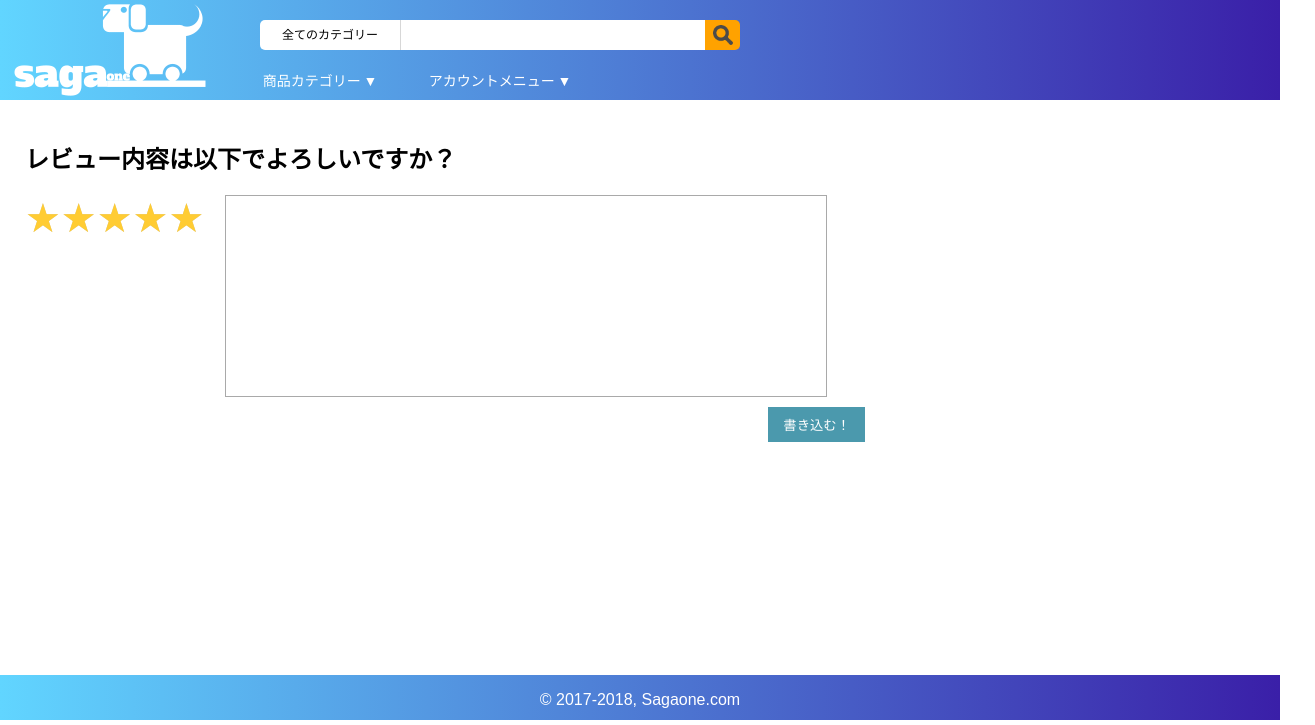
Repository: a4b3c2d1/backup
Page: http://localhost/sagaone-master/reviewConfirm.jsp
An editor plug-in stored every save of this project. The page is shown before and after the next save, followed by the edit.
The browser window is 1280 px wide. The page is 1315 px wide, so the pictures cover 1315 px, including what lies to the right of the window. The pictures show the whole page.
Some web libraries are served in a nearby version. The page is served by Tomcat 9.

Above is the page before, as saved 2018-01-25 09:16:40.

After the next save:
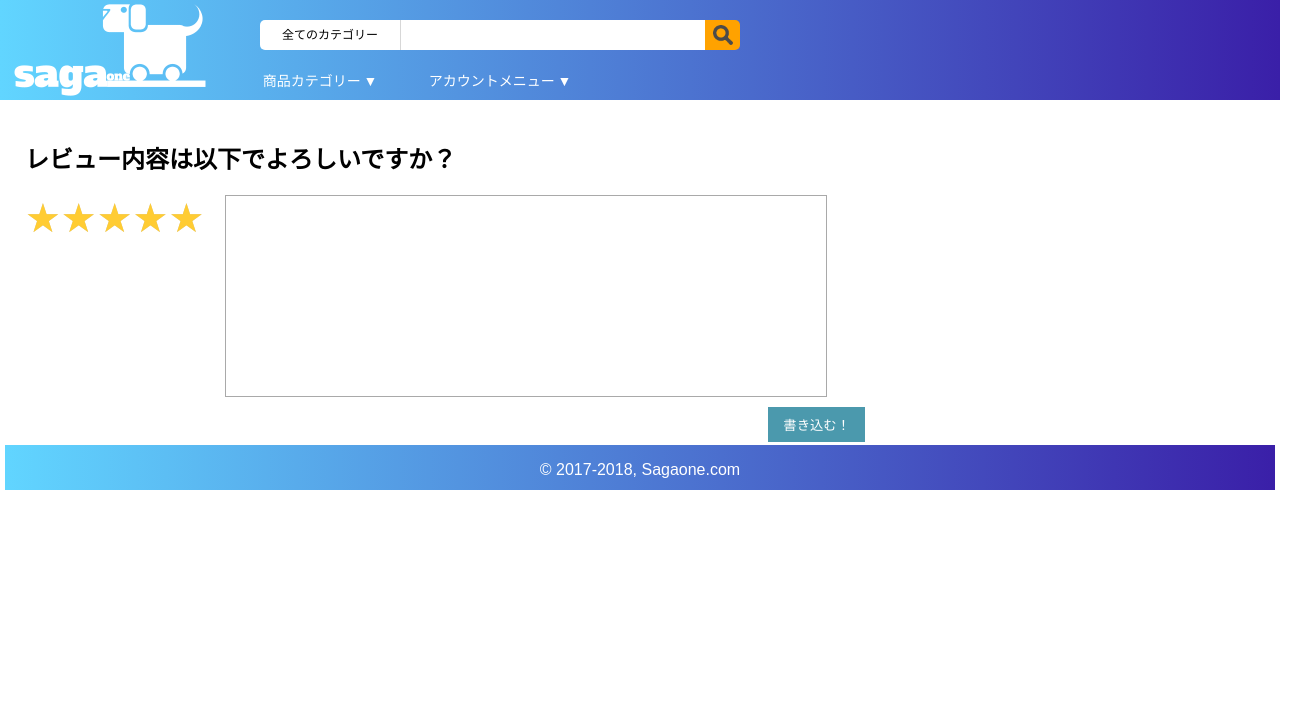
Saved 98 min 15 s later.
--- a/sagaone-master/WebContent/reviewConfirm.jsp
+++ b/sagaone-master/WebContent/reviewConfirm.jsp
@@ -27,7 +27,8 @@
 	<!-- *******************ここから前頁共通******************* -->
 	<header class="clearfix">
 		<div id="main-logo">
-			<a href=' <s:url action= "GoHomeAction" /> '><img src="./css/sagaone_logo.png" height="100px"></a>
+			<a href=' <s:url action= "GoHomeAction" /> '><img
+				src="./css/sagaone_logo.png" height="100px"></a>
 		</div>
 		<div class="clearfix">
 			<div id="search-form">
@@ -39,94 +40,79 @@
 							<option value="1">本</option>
 							<option value="2">家電・パソコン</option>
 							<option value="3">おもちゃ・ゲーム</option>
-						</select>
-						<input type="text" name="searchWord" id="jquery-ui-autocomplete-input" />
+						</select> <input type="text" name="searchWord"
+							id="jquery-ui-autocomplete-input" />
 					</div>
 					<div class="search-btn">
-					<input type="image" src="./css/searchIcon.png" width="20" height="20" class="icon"/>
+						<input type="image" src="./css/searchIcon.png" width="20"
+							height="20" class="icon" />
 					</div>
 				</s:form>
 			</div>
 			<div id="header-container" class="">
 				<ul id="normal" class="dropmenu clearfix">
-					<li id="itemmenu"><span class="drop-topic">商品カテゴリー&thinsp;<span class="sankaku">▼</span></span>
+					<li id="itemmenu"><span class="drop-topic">商品カテゴリー&thinsp;<span
+							class="sankaku">▼</span></span>
 						<ul class="item-drop">
-							<li>
-								<s:form action="SearchItemAction">
+							<li><s:form action="SearchItemAction">
 									<input type="hidden" name="itemCategory" value="0" />
 									<input type="hidden" name="searchWord" value="" />
 									<s:submit value="全てのカテゴリー" cssClass="c-btn" />
-								</s:form>
-							</li>
-							<li>
-								<s:form action="SearchItemAction">
+								</s:form></li>
+							<li><s:form action="SearchItemAction">
 									<input type="hidden" name="itemCategory" value="1" />
 									<input type="hidden" name="searchWord" value="" />
 									<s:submit value="本" cssClass="c-btn" />
-								</s:form>
-							</li>
-							<li>
-								<s:form action="SearchItemAction">
+								</s:form></li>
+							<li><s:form action="SearchItemAction">
 									<input type="hidden" name="itemCategory" value="2" />
 									<input type="hidden" name="searchWord" value="" />
 									<s:submit value="家電・パソコン" cssClass="c-btn" />
-								</s:form>
-							</li>
-							<li>
-								<s:form action="SearchItemAction">
+								</s:form></li>
+							<li><s:form action="SearchItemAction">
 									<input type="hidden" name="itemCategory" value="3" />
 									<input type="hidden" name="searchWord" value="" />
 									<s:submit value="おもちゃ・ゲーム" cssClass="c-btn" />
-								</s:form>
-							</li>
-						</ul>
-					</li>
-					<li id="acountmenu"><span class="drop-topic">アカウントメニュー&thinsp;<span class="sankaku">▼</span></span>
+								</s:form></li>
+						</ul></li>
+					<li id="acountmenu"><span class="drop-topic">アカウントメニュー&thinsp;<span
+							class="sankaku">▼</span></span>
 						<ul class="acount-drop">
 							<s:if test="session.loginUser != null">
 								<li><s:form action="MyPageAction">
 										<s:submit value="マイページ" cssClass="b-btn" />
-									</s:form>
-								</li>
+									</s:form></li>
 							</s:if>
 							<s:if test="session.loginUser == null">
 								<li><s:form action="LoginPageAction">
 										<s:submit value="ログイン画面へ" cssClass="b-btn" />
-									</s:form>
-								</li>
+									</s:form></li>
 							</s:if>
 
 							<s:if test="session.loginUser != null">
 								<li><s:form action="LogoutAction">
 										<s:submit value="ログアウト" cssClass="b-btn" />
-									</s:form>
-								</li>
+									</s:form></li>
 							</s:if>
 
 							<li><s:form action="UserCreateAction">
 									<s:submit value="ユーザー登録" cssClass="b-btn" />
-								</s:form>
-							</li>
+								</s:form></li>
 
 							<li><s:form action="CartAction">
 									<s:hidden name="cartFlg" value="1"></s:hidden>
 									<s:submit value="カート確認" cssClass="b-btn" />
-								</s:form>
-							</li>
+								</s:form></li>
 
 							<s:if test="session.loginUser != null">
 								<li><s:form action="PaymentAction">
 										<s:submit value="決済" cssClass="b-btn" />
-									</s:form>
-								</li>
+									</s:form></li>
 							</s:if>
-						</ul>
-					</li>
-					<li id="welcome">
-						<s:if test="session.loginUser != null" >
+						</ul></li>
+					<li id="welcome"><s:if test="session.loginUser != null">
 							<s:property value="#session.loginUserId" />&nbsp;さんでログイン中
-						</s:if>
-					</li>
+						</s:if></li>
 				</ul>
 			</div>
 		</div>
@@ -152,7 +138,8 @@
 				<s:form action="ReviewConpleteAction" onClick="alert('完了しました');">
 
 
-					<span class="botton1"> <input type="submit" class="form-style" value="書き込む！"></span>
+					<span class="botton1"> <input type="submit"
+						class="form-style" value="書き込む！"></span>
 				</s:form>
 
 
@@ -168,19 +155,21 @@
 						<input type="hidden" name="backflg" value="1"></input>
 						<input type="hidden" name="reviewFlg" value="1"></input>
 
-						<span class="botton1"> <input type="submit" class="form-style" value="戻る"></span>
+						<span class="botton1"> <input type="submit"
+							class="form-style" value="戻る"></span>
 					</s:form>
 				</s:iterator>
 			</div>
 		</div>
+
+		<!-- *******************ここから前頁共通******************* -->
+		<footer>© 2017-2018, Sagaone.com</footer>
+
+		<form name="form_test">
+			<input type="hidden" name="input_test"
+				value="<s:iterator value="#session.allWordsList" ><s:property /></s:iterator>">
+		</form>
+		<!-- ===================ここまで前頁共通=================== -->
 	</div>
-	<!-- *******************ここから前頁共通******************* -->
-	<footer>© 2017-2018, Sagaone.com</footer>
-
-	<form name="form_test">
-		<input type="hidden" name="input_test"
-			value="<s:iterator value="#session.allWordsList" ><s:property /></s:iterator>">
-	</form>
-	<!-- ===================ここまで前頁共通=================== -->
 </body>
 </html>

After the save that followed:
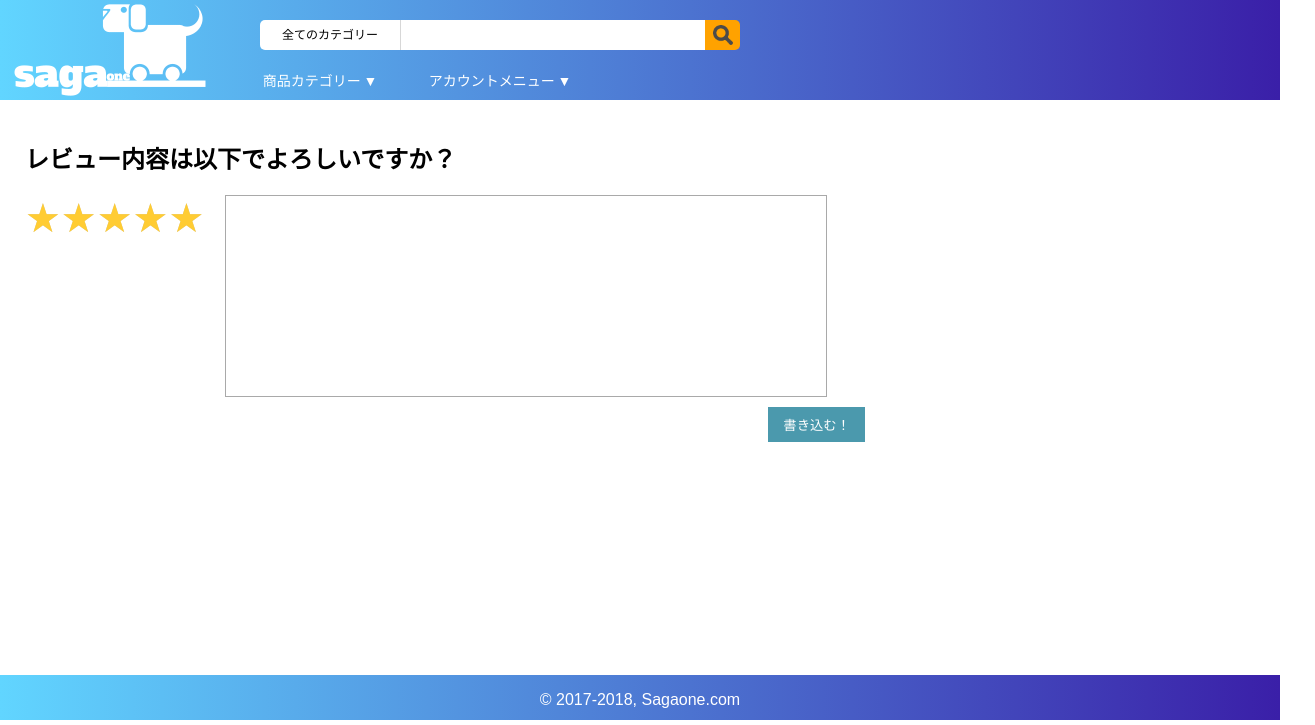
Saved 13 s later.
--- a/sagaone-master/WebContent/reviewConfirm.jsp
+++ b/sagaone-master/WebContent/reviewConfirm.jsp
@@ -27,8 +27,7 @@
 	<!-- *******************ここから前頁共通******************* -->
 	<header class="clearfix">
 		<div id="main-logo">
-			<a href=' <s:url action= "GoHomeAction" /> '><img
-				src="./css/sagaone_logo.png" height="100px"></a>
+			<a href=' <s:url action= "GoHomeAction" /> '><img src="./css/sagaone_logo.png" height="100px"></a>
 		</div>
 		<div class="clearfix">
 			<div id="search-form">
@@ -40,79 +39,94 @@
 							<option value="1">本</option>
 							<option value="2">家電・パソコン</option>
 							<option value="3">おもちゃ・ゲーム</option>
-						</select> <input type="text" name="searchWord"
-							id="jquery-ui-autocomplete-input" />
+						</select>
+						<input type="text" name="searchWord" id="jquery-ui-autocomplete-input" />
 					</div>
 					<div class="search-btn">
-						<input type="image" src="./css/searchIcon.png" width="20"
-							height="20" class="icon" />
+					<input type="image" src="./css/searchIcon.png" width="20" height="20" class="icon"/>
 					</div>
 				</s:form>
 			</div>
 			<div id="header-container" class="">
 				<ul id="normal" class="dropmenu clearfix">
-					<li id="itemmenu"><span class="drop-topic">商品カテゴリー&thinsp;<span
-							class="sankaku">▼</span></span>
+					<li id="itemmenu"><span class="drop-topic">商品カテゴリー&thinsp;<span class="sankaku">▼</span></span>
 						<ul class="item-drop">
-							<li><s:form action="SearchItemAction">
+							<li>
+								<s:form action="SearchItemAction">
 									<input type="hidden" name="itemCategory" value="0" />
 									<input type="hidden" name="searchWord" value="" />
 									<s:submit value="全てのカテゴリー" cssClass="c-btn" />
-								</s:form></li>
-							<li><s:form action="SearchItemAction">
+								</s:form>
+							</li>
+							<li>
+								<s:form action="SearchItemAction">
 									<input type="hidden" name="itemCategory" value="1" />
 									<input type="hidden" name="searchWord" value="" />
 									<s:submit value="本" cssClass="c-btn" />
-								</s:form></li>
-							<li><s:form action="SearchItemAction">
+								</s:form>
+							</li>
+							<li>
+								<s:form action="SearchItemAction">
 									<input type="hidden" name="itemCategory" value="2" />
 									<input type="hidden" name="searchWord" value="" />
 									<s:submit value="家電・パソコン" cssClass="c-btn" />
-								</s:form></li>
-							<li><s:form action="SearchItemAction">
+								</s:form>
+							</li>
+							<li>
+								<s:form action="SearchItemAction">
 									<input type="hidden" name="itemCategory" value="3" />
 									<input type="hidden" name="searchWord" value="" />
 									<s:submit value="おもちゃ・ゲーム" cssClass="c-btn" />
-								</s:form></li>
-						</ul></li>
-					<li id="acountmenu"><span class="drop-topic">アカウントメニュー&thinsp;<span
-							class="sankaku">▼</span></span>
+								</s:form>
+							</li>
+						</ul>
+					</li>
+					<li id="acountmenu"><span class="drop-topic">アカウントメニュー&thinsp;<span class="sankaku">▼</span></span>
 						<ul class="acount-drop">
 							<s:if test="session.loginUser != null">
 								<li><s:form action="MyPageAction">
 										<s:submit value="マイページ" cssClass="b-btn" />
-									</s:form></li>
+									</s:form>
+								</li>
 							</s:if>
 							<s:if test="session.loginUser == null">
 								<li><s:form action="LoginPageAction">
 										<s:submit value="ログイン画面へ" cssClass="b-btn" />
-									</s:form></li>
+									</s:form>
+								</li>
 							</s:if>
 
 							<s:if test="session.loginUser != null">
 								<li><s:form action="LogoutAction">
 										<s:submit value="ログアウト" cssClass="b-btn" />
-									</s:form></li>
+									</s:form>
+								</li>
 							</s:if>
 
 							<li><s:form action="UserCreateAction">
 									<s:submit value="ユーザー登録" cssClass="b-btn" />
-								</s:form></li>
+								</s:form>
+							</li>
 
 							<li><s:form action="CartAction">
 									<s:hidden name="cartFlg" value="1"></s:hidden>
 									<s:submit value="カート確認" cssClass="b-btn" />
-								</s:form></li>
+								</s:form>
+							</li>
 
 							<s:if test="session.loginUser != null">
 								<li><s:form action="PaymentAction">
 										<s:submit value="決済" cssClass="b-btn" />
-									</s:form></li>
+									</s:form>
+								</li>
 							</s:if>
-						</ul></li>
-					<li id="welcome"><s:if test="session.loginUser != null">
+						</ul>
+					</li>
+					<li id="welcome">
+						<s:if test="session.loginUser != null" >
 							<s:property value="#session.loginUserId" />&nbsp;さんでログイン中
-						</s:if></li>
+						</s:if>
+					</li>
 				</ul>
 			</div>
 		</div>
@@ -138,8 +152,7 @@
 				<s:form action="ReviewConpleteAction" onClick="alert('完了しました');">
 
 
-					<span class="botton1"> <input type="submit"
-						class="form-style" value="書き込む！"></span>
+					<span class="botton1"> <input type="submit" class="form-style" value="書き込む！"></span>
 				</s:form>
 
 
@@ -155,21 +168,19 @@
 						<input type="hidden" name="backflg" value="1"></input>
 						<input type="hidden" name="reviewFlg" value="1"></input>
 
-						<span class="botton1"> <input type="submit"
-							class="form-style" value="戻る"></span>
+						<span class="botton1"> <input type="submit" class="form-style" value="戻る"></span>
 					</s:form>
 				</s:iterator>
 			</div>
 		</div>
+	</div>
+	<!-- *******************ここから前頁共通******************* -->
+	<footer>© 2017-2018, Sagaone.com</footer>
 
-		<!-- *******************ここから前頁共通******************* -->
-		<footer>© 2017-2018, Sagaone.com</footer>
-
-		<form name="form_test">
-			<input type="hidden" name="input_test"
-				value="<s:iterator value="#session.allWordsList" ><s:property /></s:iterator>">
-		</form>
-		<!-- ===================ここまで前頁共通=================== -->
-	</div>
+	<form name="form_test">
+		<input type="hidden" name="input_test"
+			value="<s:iterator value="#session.allWordsList" ><s:property /></s:iterator>">
+	</form>
+	<!-- ===================ここまで前頁共通=================== -->
 </body>
 </html>
